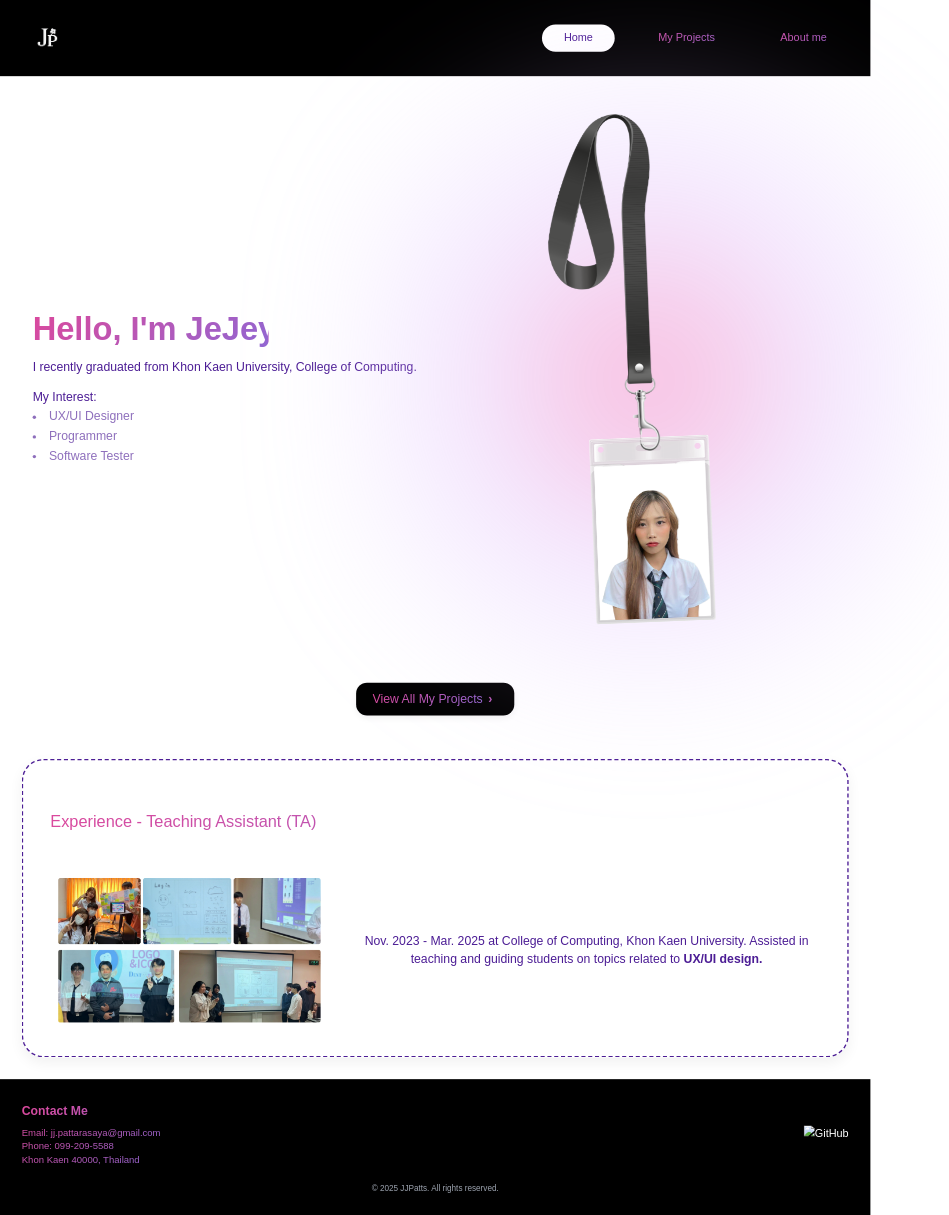
Repository: PattarasayaJJ/Portfolio-jjpatts
Page: /
These files come from the project's save history. The page is drawn as it stood at one moment and after the next save; the edit follows.
The browser window is 1280 px wide. The page is 1396 px wide, so the pictures cover 1396 px, including what lies to the right of the window. The pictures show the whole page, at 68% of full size.
The project was rebuilt for these pictures with package versions that can differ from the ones it lists, and the page was loaded fresh each time. Also part of the build but not shown: vite.config.js, vite.config.ts, src/header.css, src/components/Works.jsx, src/components/Aboutme.jsx.

Above is the page before, as saved 2025-08-03 16:39:19.

### index.html
<!doctype html>
<html lang="en">
  <head>
    <meta charset="UTF-8" />
    <link rel="icon" type="image/svg+xml" href="/JPtab.png" />
    <meta name="viewport" content="width=device-width, initial-scale=1.0" />
    <title>JJPatts Portfolio</title>
  </head>
  <body>
    <div id="root"></div>
    <script type="module" src="/src/index.jsx"></script>
  </body>
</html>

### src/index.css
@import 'tailwindcss/base';
@import 'tailwindcss/components';
@import 'tailwindcss/utilities';
@import url('https://fonts.googleapis.com/css2?family=Kanit:wght@400;700&display=swap');

*{
   font-family: 'Kanit', sans-serif;

}

### src/App.jsx
import React from 'react';
import { BrowserRouter as Router, Routes, Route } from 'react-router-dom';
import { Header } from './components/Header';
import { Hero } from './components/Hero';
import { Works } from './components/Works';
import { Aboutme } from './components/Aboutme' ;
import { Footer } from './components/Footer';
export function App() {
  return (
    <Router>
      <div className="w-full min-h-screen bg-white">
        <Header />
        <main className="w-full">
          <Routes>
            <Route path="/" element={<><Hero /> </>} />
            <Route path="/works" element={<><Works /></>}/>
            <Route path="/aboutme" element={<Aboutme />} />


          </Routes>
        </main>
        <Footer />

      </div>
    </Router>
  );
}

### src/components/Hero.jsx
import React from 'react';
import '../hero.css';
import { Link } from 'react-router-dom';

export const Hero = () => {
  return (
    <>
      <section className="hero-section">
        <div className="hero-container">
          <div className="hero-left">
            <div className="hero-text-box">
<span className="hero-name typing gradient-text">Hello, I'm JeJey.</span>              <p className="hero-quote">
                I recently graduated from Khon Kaen University, College of Computing.
              </p>
              <li className='interest'>My Interest: </li>              <li >UX/UI Designer</li>    <li >Programmer</li>               <li >Software Tester</li>
            </div>


          </div>

          <div className="hero-left">
            <div className="hero-image-wrapper">
              <img
                src="/card1.png"
                alt="Portfolio character illustration"
                className="hero-main-image"
              />
            </div>

          </div>

        </div>
          <Link
  to="/works"
  className="moreproject"
  onClick={() => window.scrollTo({ top: 0, behavior: 'instant' })}
>
  <span className="gradient-text">View All My Projects</span>
  <span className="arrow-icon gradient-text">›</span>
</Link>
      </section>

      <section className="hero-section">
        <div className="final-project-card-ex">
          <h2 className="final-project-title gradient-text">
            Experience - Teaching Assistant (TA)
          </h2>
          <div className="final-project-content">
            <div className="final">
              <img
                src="/ta.png"
                alt="TA Presentation"
                className="bottom-image"
              />
            </div>
            <p className="bottom-caption">
              Nov. 2023 - Mar. 2025 at College of Computing, Khon Kaen University.
              Assisted in teaching and guiding students on topics related to{' '}
              <span className="uxui">UX/UI design.</span>
            </p>
          </div>
        </div>
      </section>
    </>
  );
};

### src/components/Footer.jsx
import React from 'react';

export function Footer() {
  return (
    <footer className="w-full bg-black text-white py-8 px-8">
  <div className="max-w-7xl mx-auto flex flex-col md:flex-row justify-between items-center space-y-6 md:space-y-0">

        <div className="text-center md:text-left gradient-text ">
          <h2 className="text-lg font-semibold">Contact Me</h2>
          <p className="text-sm mt-2">Email: jj.pattarasaya@gmail.com</p>
          <p className="text-sm">Phone: 099-209-5588</p>
          <p className="text-sm">Khon Kaen 40000, Thailand</p>

        </div>

        <div className="flex space-x-4 ">
        <a href="https://github.com/PattarasayaJJ" target="_blank" rel="noopener noreferrer">
        <img src="https://github.githubassets.com/favicons/favicon.png" alt="GitHub" />

  </a>

        </div>
      </div>

      <div className="text-center text-xs text-gray-400 mt-6 ">
        © {new Date().getFullYear()} JJPatts. All rights reserved.
      </div>
    </footer>
  );
}

### src/hero.css

.hero-section {
  max-width: 80rem;
    margin: 0 auto;
    padding: 2rem;
}

.hero-container {
  max-width: 80rem;
  margin: 0 auto;
  display: flex;
  flex-direction: column;
  gap: 2rem;
  justify-content: space-between;
  align-items: center;
}

.hero-image-wrapper {
  position: relative;
  z-index: 10;
  overflow: visible;
}


@keyframes gradientShift {
  0% {
    background: radial-gradient(
      circle at center,
      rgba(244, 114, 182, 0.5),
      rgba(216, 180, 255, 0.3),
      transparent 70%
    );
  }
  50% {
    background: radial-gradient(
      circle at center,
      rgba(129, 140, 248, 0.5),
      rgba(216, 180, 255, 0.4),
      transparent 70%
    );
  }
  100% {
    background: radial-gradient(
      circle at center,
      rgba(244, 114, 182, 0.5),
      rgba(216, 180, 255, 0.3),
      transparent 70%
    );
  }
}


.hero-image-wrapper::before {
  content: "";
  position: absolute;
  top: 50%;
  left: 50%;
  width: 150%;
  height: 150%;
  transform: translate(-50%, -50%);
  filter: blur(80px);
  z-index: 5;
  pointer-events: none;
  animation: gradientShift 5s ease-in-out infinite;
}



.hero-left {
  position: relative;
  width: 100%;
}

@media (min-width: 768px) {
  .interest{
    list-style: none;
    color: #4c1d95;
    font-size: 1.125rem;


  }

  li{
    list-style: disc;
    color: #4d1d95a2;
    line-height: 1.8rem;
    font-size: 1.125rem;


  }
  .hero-container {
    flex-direction: row;
  }
  .hero-left {
    width: 50%;
  }
  .final-project-card-ex {
    border-radius: 2rem;
    padding: 2.5rem;
    box-shadow: 0 8px 20px rgba(0, 0, 0, 0.06);
    border-width:2px;
    border-style:dashed;
    border-color: #4c1d95;
  }
  .hero-right {
    width: 50%;
    text-align: right;
  }
}





.hero-text-box {
  color: #4c1d95;
  max-width: 36rem;
  margin-left: auto;
}



.hero-quote {
  font-size: 1.125rem;
  margin-bottom: 1rem;

}

.hero-name {
  font-weight: 700;
  margin-top: 1rem;


}




@keyframes swingImage {
  0% {
    transform: rotate(0deg);
  }
  25% {
    transform: rotate(-3deg);
  }
  50% {
    transform: rotate(0deg);
  }
  75% {
    transform: rotate(3deg);
  }
  100% {
    transform: rotate(0deg);
  }
}

.hero-main-image {
  width: 100%;
  max-width: 28rem;
  margin: 0 auto;
  position: relative;
  z-index: 20;
  animation: swingImage 5s ease-in-out infinite;
  transform-origin:center;
}


@media (max-width: 767px) {
  .hero-image-wrapper::before {
    width: 100%;
    height: 100%;
    filter: blur(60px);
  }
  .hero-main-image {
    width: 90%;
    max-width: 20rem;
  }

  .hero-text-box {
    max-width: 100%;
    margin-left: 0;
    padding: 0 1rem;
  }
  .hero-quote {
    font-size: 1rem;

  }

  .bottom-caption {
    font-size: 1rem;
    color: #4c1d95;
    align-self: center;
    text-align: center;

  }
  .uxui{
    font-size: 1rem;
    color: #4c1d95;
    text-align: center;
    line-height: 1.5;
    font-weight: bold;

  }
  .final-project-card-ex {
    border-radius: 2rem;
    padding: 2.5rem;
    box-shadow: 0 8px 20px rgba(0, 0, 0, 0.06);
    border-width:2px;
    border-style:dashed;
    border-color: #4c1d95;
  }
  .interest{
    list-style: none;
    color: #4c1d95;

  }
  li{
    font-size: 1rem;
    color: #4d1d95a2;
    line-height: 1.8rem;

  }

}







  @media (min-width: 768px) {
    .experience-title {
      text-align: left;
      font-size: 1.5rem;
    }
  }



  @media (min-width: 768px) {

  }


  @media (min-width: 768px) {
    .bottom-image {
      width:100%;
      max-width: 700px;
      border-radius: 1rem;
    }


    .bottom-caption {
      font-size: 1.125rem;
      color: #4c1d95;
      align-self: center;
      text-align: center;

    }
    .uxui{
      font-size: 1.125rem;
      color: #4c1d95;
      text-align: center;
      line-height: 1.5;
      font-weight: bold;

    }
  }



  .hero-name{
    font-size: 3rem;
  }

  .typing {
    display: inline-block;
    overflow: hidden;
    white-space: nowrap;
    animation: typing 2s steps(13) forwards;
  }

  @keyframes typing {
    from { width: 0 }
    to { width: 13ch }
  }

### src/projects.css
.projects-section {
  max-width: 80rem;
  margin: 0 auto;
  padding: 2rem 1rem;
  background-color: #ffffff;
  width: 100%;
}

.projects-container {
  max-width: 80rem;
  margin: 0 auto;
  display: flex;
  flex-direction: column;
  gap: 2rem;
}

.final-project-card {
  background: linear-gradient(to right, #FFFFFF, #E1D0F9);
  border-radius: 2rem;
  padding: 2rem;
  box-shadow: 0 8px 20px rgba(0, 0, 0, 0.06);
  display: flex;
  flex-direction: column;
  align-items: center;
  gap: 1.5rem;
}

 .minicard{
    background: linear-gradient(to right, #ffffff, #ffffff);
    border-radius: 2rem;
    padding: 2.5rem;
    box-shadow: 0 8px 20px rgba(0, 0, 0, 0.06);
      border: 1px solid #eee7f9; /* สีม่วงเข้ม ชัดๆ */

  }

.final-project-content {
  display: flex;
  flex-direction: row;
  align-items: center;
  justify-content: space-between;
  gap: 2em;
  font-size: 1.125rem;
  color: #4c1d95;
}

.final-project-text {
  width: 100%;
}

.project-title,
.final-project-title {
  font-size: 1.5rem;
  margin-bottom: 1.5rem;
  padding: 2rem 0;
  color: #DD489B;
}

.project-card.mini .project-title {
  color: #9067D3;
}

.project-image,
.final-project-image,
.project-screenshot {
  width: 100%;
  max-width: 800px;
  height: auto;
  border-radius: 1rem;
  object-fit: cover;
  display: flex;
  align-items: center;
  justify-content: center;
  margin-top: 1rem;
}

.moreproject {
  width: fit-content;
  height: 3rem;
  border-radius: 16px;
  display: flex;
  align-items: center;
  justify-content: center;
  font-size: 1.125rem;
  cursor: pointer;
  transition: background-color 0.3s, transform 0.2s;
  text-decoration: none;
  margin: 2rem auto 0;
  box-shadow: 0 4px 10px rgba(0, 0, 0, 0.05);
  animation: pulseMove 2s ease-in-out infinite;
  background-color: black;
  padding: 0 1.5rem;
}

.moreproject:hover {
  background-color: #f2f2f2;
  transform: scale(1.08);
}

.arrow-icon {
  padding: 0.5rem;
  font-weight: bold;
}

@keyframes pulseMove {
  0% {
    transform: scale(1);
  }

  50% {
    transform: scale(1.05);
  }

  100% {
    transform: scale(1);
  }
}

@media (max-width: 767px) {
  .projects-section {
    padding: 2rem 1rem;
  }

  .final-project-card {
    padding: 2rem;
    border-radius: 1.5rem;
  }

  .final-project-content {
    flex-direction: column;
    font-size: 1rem;
  }

  .final-project-text {
    width: 100%;
  }

  .final-project-image {
    width: 100%;
  }

  .project-title {
    font-size: 1.25rem;
  }

  .icon-wrapper {
    width: 2rem;
    height: 2rem;
  }

  .project-screenshot {
    margin-top: 1rem;
  }

  .mini-projects-grid {
    gap: 1.5rem;
  }

  .text-final,
  .appname {
    text-align: center;
    font-size: 1rem;
    color: #4c1d95;
    font-weight: 700;
  }
}

@media (min-width: 768px) {
  .projects-section {
    padding: 2rem;
  }

  .project-title {
    font-size: 2rem;
  }

  .project-image {
    max-width: 1000px;
  }

  .text-final,
  .final-project-content,
  .appname {
    font-size: 1.125rem;
    color: #4c1d95;
  }

  .appname {
    font-weight: 700;
  }
}

@media (min-width: 768px) and (max-width: 1024px) and (orientation: portrait) {
  .final-project-content {
    flex-direction: column;
  }
}

### src/work.css
.projects-section {
  width: 100%;
  max-width: 1200px;
  margin: 0 auto;
  padding: 2rem 1rem;
  background-color: #ffffff;
}

.projects-container {
  display: flex;
  flex-direction: column;
  gap: 3rem;
}

.breadcrumb {
  margin-bottom: 2rem;
  font-size: 0.9rem;
  color: #666;
}

.breadcrumb-link {
  color: #666;
  text-decoration: none;
}

.breadcrumb-link:hover {
  color: #333;
}

.breadcrumb-separator {
  margin: 0 0.5rem;
}

.breadcrumb-current {
  color: #333;
  font-weight: 500;
}

.final-project-text {
  text-align: left;
}

.project-title {
  font-size: 2rem;
  font-weight: 700;
  color: #DD489B;
  margin: 0;
  list-style: none;
}

.project-title li {
  list-style: none;
}

.gradient-text {
  background: linear-gradient(135deg, #DD489B, #9067D3);
  -webkit-background-clip: text;
  -webkit-text-fill-color: transparent;
  background-clip: text;
}

/* Project Card */
.project-card {
  background: #ffffff;
  border-radius: 20px;
  padding: 3rem;
  box-shadow: 0 8px 32px rgba(0, 0, 0, 0.08);
  border: 1px solid #f0f0f0;
  display: flex;
  flex-direction: column;
  gap: 2rem;
}

/* Project Images */
.project-images {
  display: flex;
  justify-content: center;
  gap: 2rem;
  margin-bottom: 1rem;
}

.project-images.single {
  justify-content: center;
}

.project-images.single .project-image {
  max-width: 600px;
}

.project-image {
  max-width: 400px;
  width: 100%;
  height: auto;
  border-radius: 12px;
  box-shadow: 0 8px 24px rgba(0, 0, 0, 0.12);
  transition: transform 0.3s ease, box-shadow 0.3s ease;
}

.project-image:hover {
  transform: translateY(-4px);
  box-shadow: 0 12px 32px rgba(0, 0, 0, 0.16);
}

/* Project Content */
.project-content {
  text-align: center;
  display: flex;
  flex-direction: column;
  gap: 1.5rem;
}

.project-name {
  font-size: 1.25rem;
  line-height: 1.6;
  color: #4c1d95;
  margin: 0;
  font-weight: 400;
}

.highlight {
  font-weight: 700;
  color: #6b46c1;
}

/* Skills List */
.skills-list {
  display: flex;
  flex-wrap: wrap;
  gap: 0.75rem;
  margin-top: 1rem;
}

.skill-tag {
  background: linear-gradient(135deg, #e5d4ff, #f3e8ff);
  color: #6b46c1;
  padding: 0.5rem 1rem;
  border-radius: 20px;
  font-size: 0.875rem;
  font-weight: 500;
  border: 1px solid #e5d4ff;
  transition: all 0.3s ease;
}

.skill-tag:hover {
  background: linear-gradient(135deg, #ddd6fe, #e5d4ff);
  transform: translateY(-2px);
  box-shadow: 0 4px 12px rgba(107, 70, 193, 0.2);
}

/* Responsive Design */
@media (max-width: 1024px) {
  .project-images {
    gap: 1.5rem;
  }

  .project-image {
    max-width: 350px;
  }
}

@media (max-width: 768px) {
  .projects-section {
    padding: 1.5rem 1rem;
  }

  .project-card {
    padding: 2rem 1.5rem;
  }

  .project-images {
    flex-direction: column;
    align-items: center;
    gap: 1.5rem;
  }

  .project-image {
    max-width: 100%;
    width: 100%;
  }

  .project-images.single .project-image {
    max-width: 100%;
  }

  .project-title {
    font-size: 1.5rem;
  }

  .project-name {
    font-size: 1.1rem;
    text-align: left;
  }

  .skills-list {
    justify-content: flex-start;
  }
}

@media (max-width: 480px) {
  .project-card {
    padding: 1.5rem 1rem;
  }

  .project-name {
    font-size: 1rem;
  }

  .skill-tag {
    font-size: 0.75rem;
    padding: 0.4rem 0.8rem;
  }
}

Loaded but not shown: src/index.jsx (common file); tailwind.config.js (common file); src/aboutme.css (300 lines, source omitted); src/components/Header.jsx (110 lines, source omitted)

After the next save:
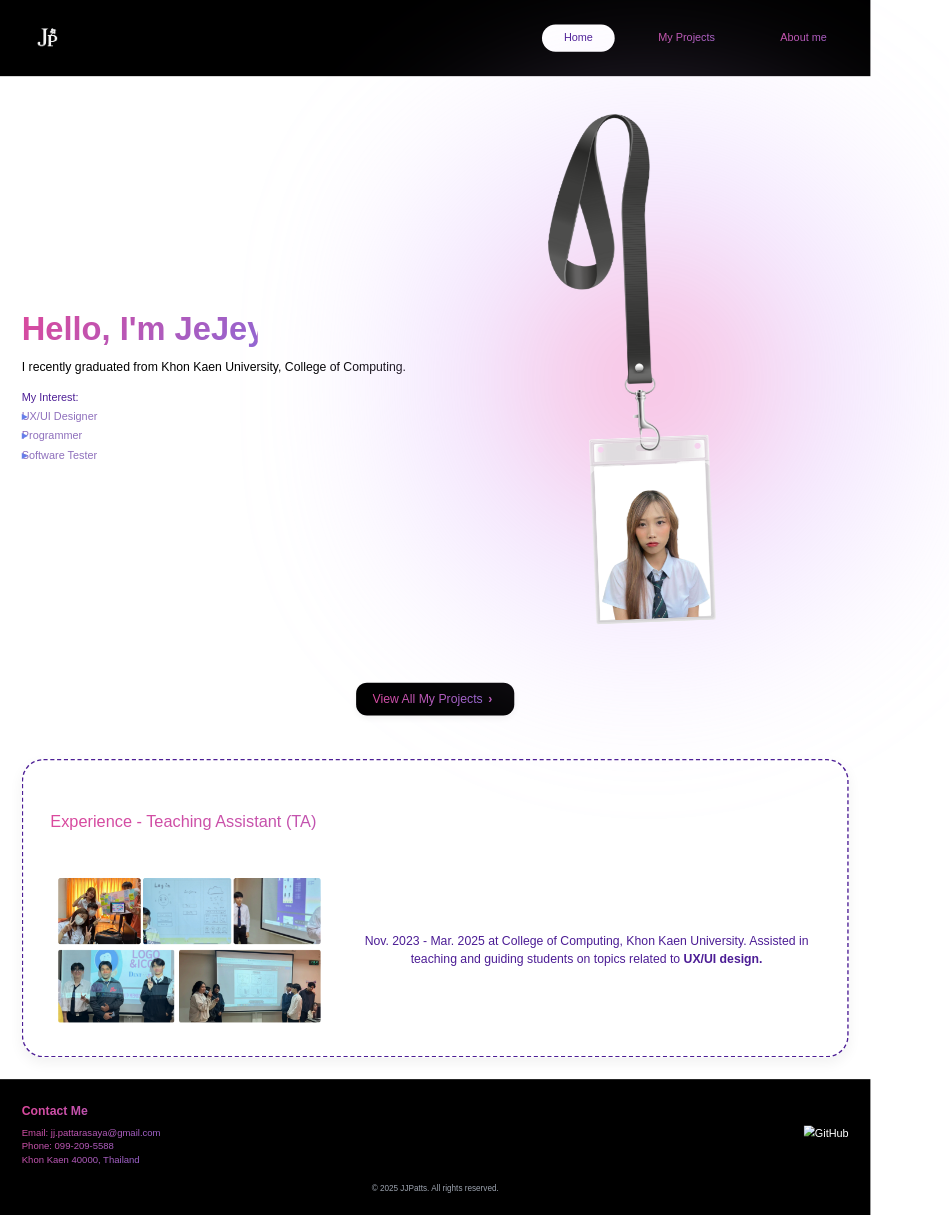
Saved 73 s later.
--- a/src/hero.css
+++ b/src/hero.css
@@ -80,13 +80,35 @@
 
   }
 
-  li{
-    list-style: disc;
-    color: #4d1d95a2;
-    line-height: 1.8rem;
-    font-size: 1.125rem;
-
-
+li {
+  list-style: none;
+  color: #4d1d95;
+  line-height: 2rem;
+  font-size: 1.125rem;
+  padding: 0.5rem 0;
+  position: relative;
+  padding-left: 1.5rem;
+  transition: all 0.3s ease;
+}
+
+li:not(.interest)::before {
+  content: "▸";
+  position: absolute;
+  left: 0;
+  color: #667eea;
+  font-weight: bold;
+  transition: all 0.3s ease;
+}
+
+li:not(.interest):hover {
+  color: #667eea;
+  transform: translateX(5px);
+}
+
+li:not(.interest):hover::before {
+  color: #764ba2;
+  transform: scale(1.2);
+}
   }
   .hero-container {
     flex-direction: row;

After the save that followed:
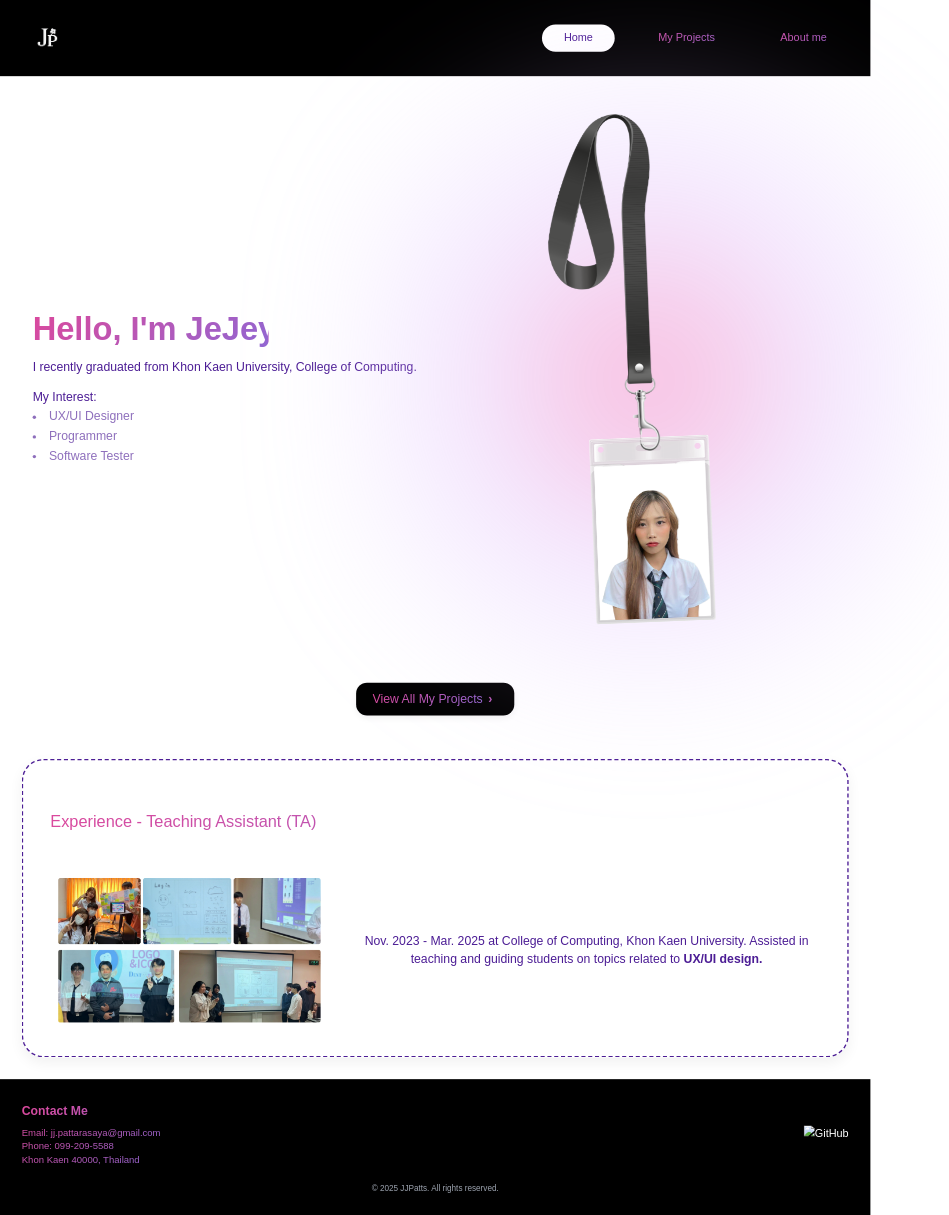
Saved 7 s later.
--- a/src/hero.css
+++ b/src/hero.css
@@ -80,35 +80,13 @@
 
   }
 
-li {
-  list-style: none;
-  color: #4d1d95;
-  line-height: 2rem;
-  font-size: 1.125rem;
-  padding: 0.5rem 0;
-  position: relative;
-  padding-left: 1.5rem;
-  transition: all 0.3s ease;
-}
-
-li:not(.interest)::before {
-  content: "▸";
-  position: absolute;
-  left: 0;
-  color: #667eea;
-  font-weight: bold;
-  transition: all 0.3s ease;
-}
-
-li:not(.interest):hover {
-  color: #667eea;
-  transform: translateX(5px);
-}
-
-li:not(.interest):hover::before {
-  color: #764ba2;
-  transform: scale(1.2);
-}
+  li{
+    list-style: disc;
+    color: #4d1d95a2;
+    line-height: 1.8rem;
+    font-size: 1.125rem;
+
+
   }
   .hero-container {
     flex-direction: row;
